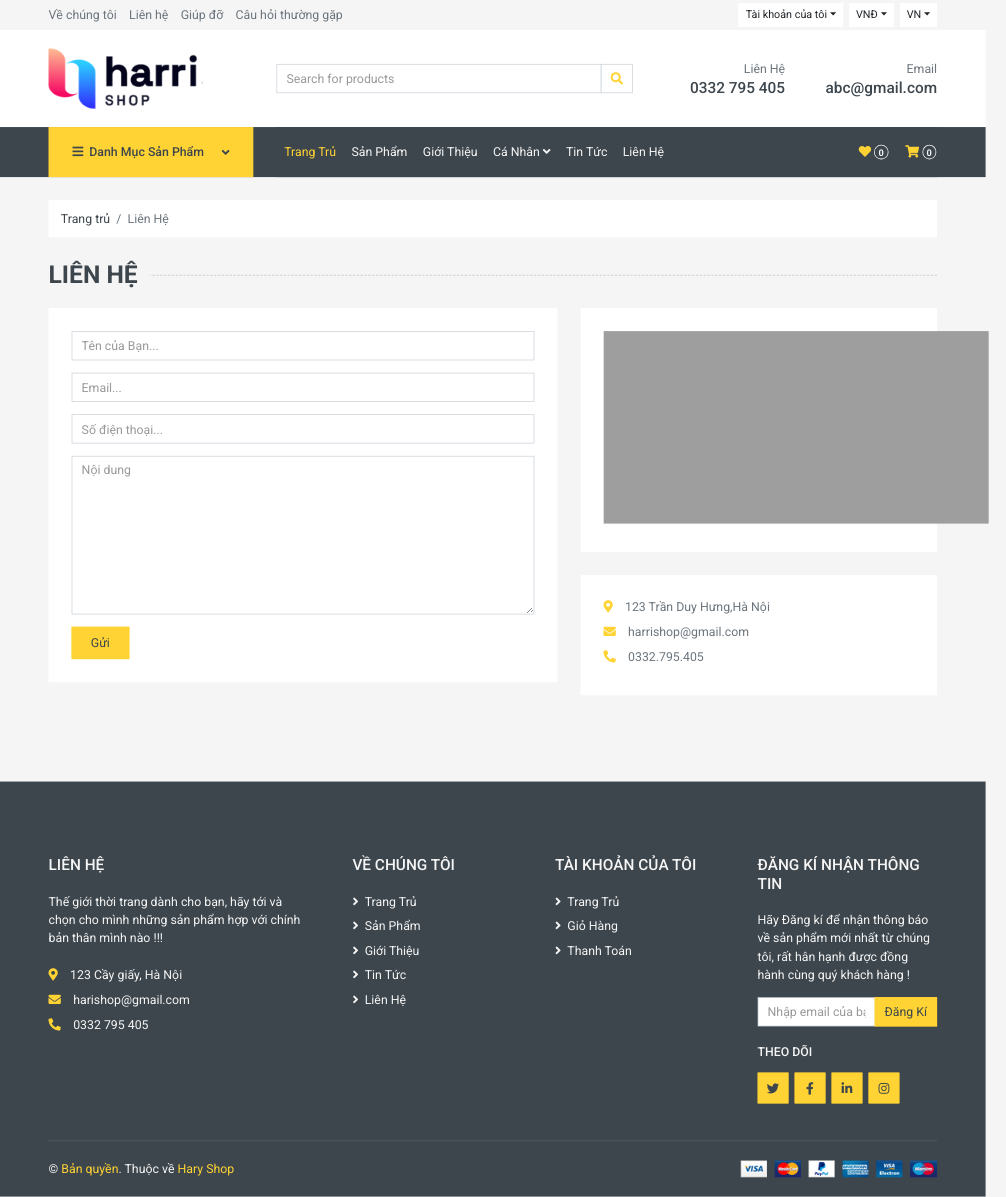
Repository: LaQuangHai/ShopHarri
Page: contact.html
The author's editor kept a copy of each file at every save. The page is drawn from the files as they stood at one save, then again after a run of saves.
The browser window is 1280 px wide. The page is 1284 px wide, then 1306 px, so the pictures cover 1306 px, including what lies to the right of the window. The pictures show the whole page, at 77% of full size.
Pictures or frames that could not be fetched are drawn as grey boxes. Some web libraries are served in a nearby version. The style sheet was rebuilt from its Sass, Less or Tailwind sources for each picture, by a compiler version that may differ from the author's.

Above is the page before, as saved 2023-04-16 17:26:55.

After the next 4 saves:
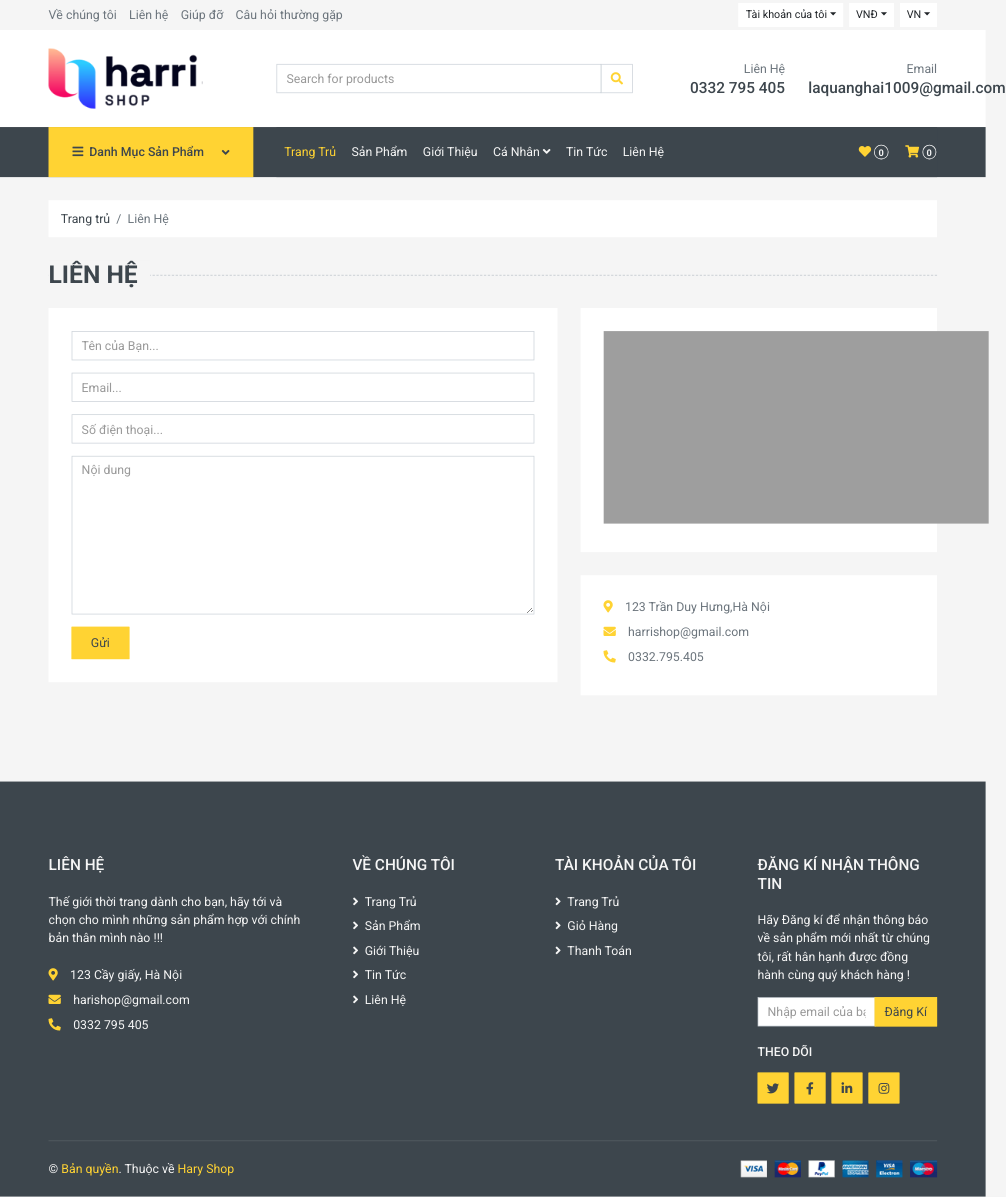
The 4 saves are shown as one change because they came seconds apart.
The last was saved 22 h 10 min later.
--- a/contact.html
+++ b/contact.html
@@ -103,7 +103,7 @@
             </div>
             <div class="col-lg-2 col-6 text-right">
                 <p class="m-0">Email</p>
-                <h5 class="m-0">abc@gmail.com</h5>
+                <h5 class="m-0">laquanghai1009@gmail.com</h5>
             </div>
         </div>
     </div>
